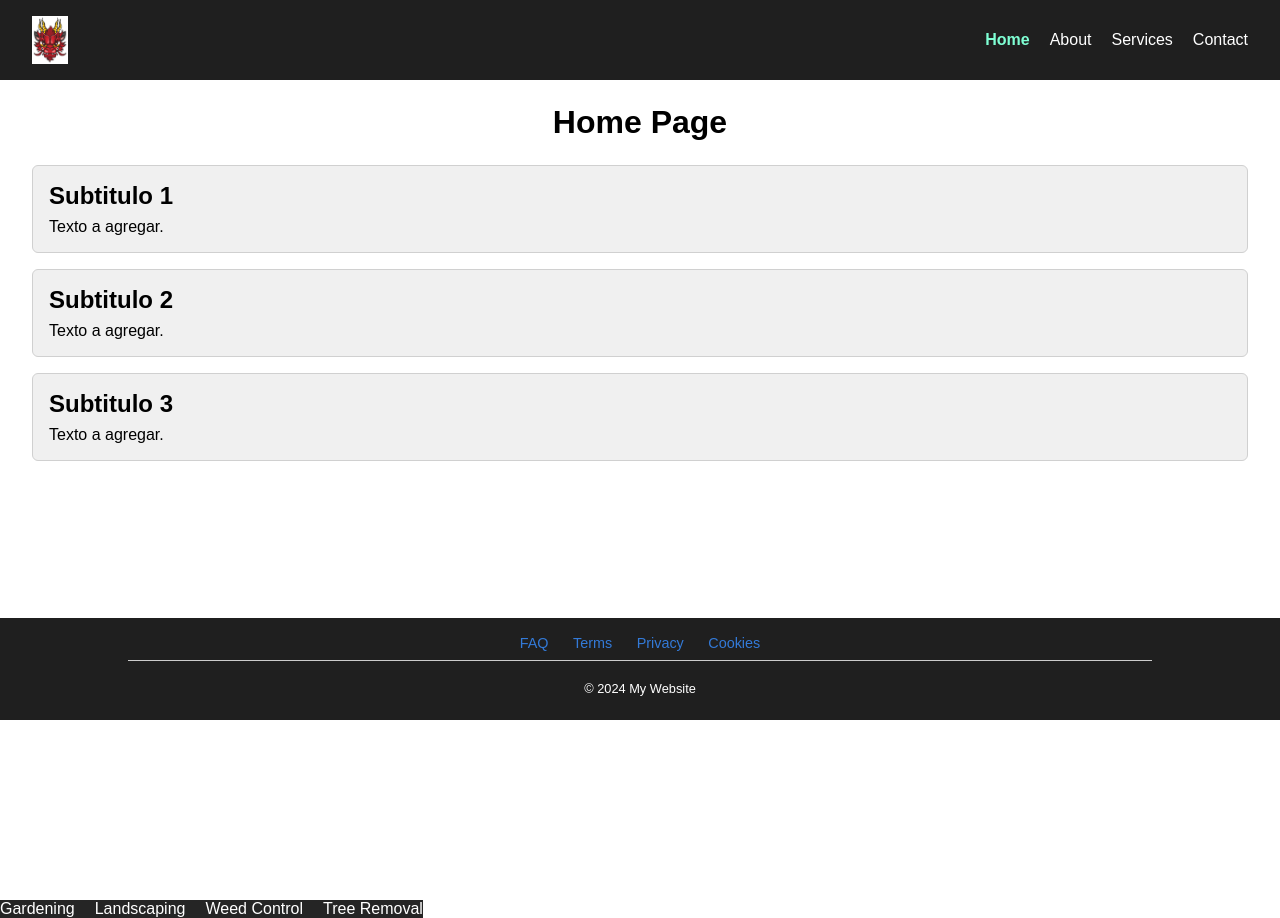
Repository: andreamm-lab/css-positioning-examples-2025-10
Page: index.html
These files come from the project's save history. The page is drawn as it stood at one moment and after the next save; the edit follows.
The browser window is 1280 px wide. The pictures show the whole page.

Above is the page before, as saved 2025-11-06 22:29:14.

After the next save:
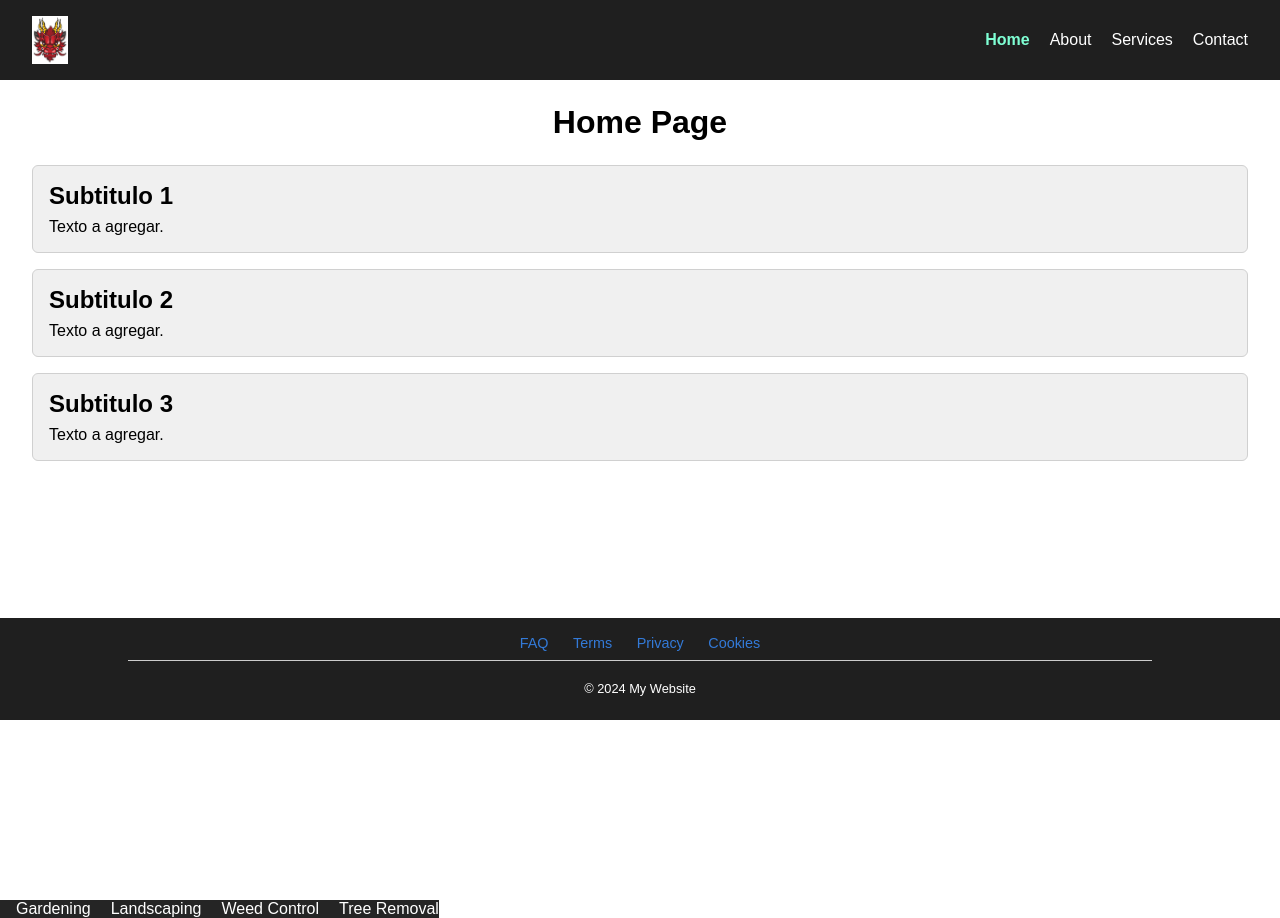
Saved 3 min 3 s later.
--- a/main.css
+++ b/main.css
@@ -210,5 +210,7 @@ Main.page {
     position: absolute;
     top: 125%;
     left: 0px;
+    margin-bottom: 0px;
+    padding-left: 16px;
     background-color: #252525
 }
